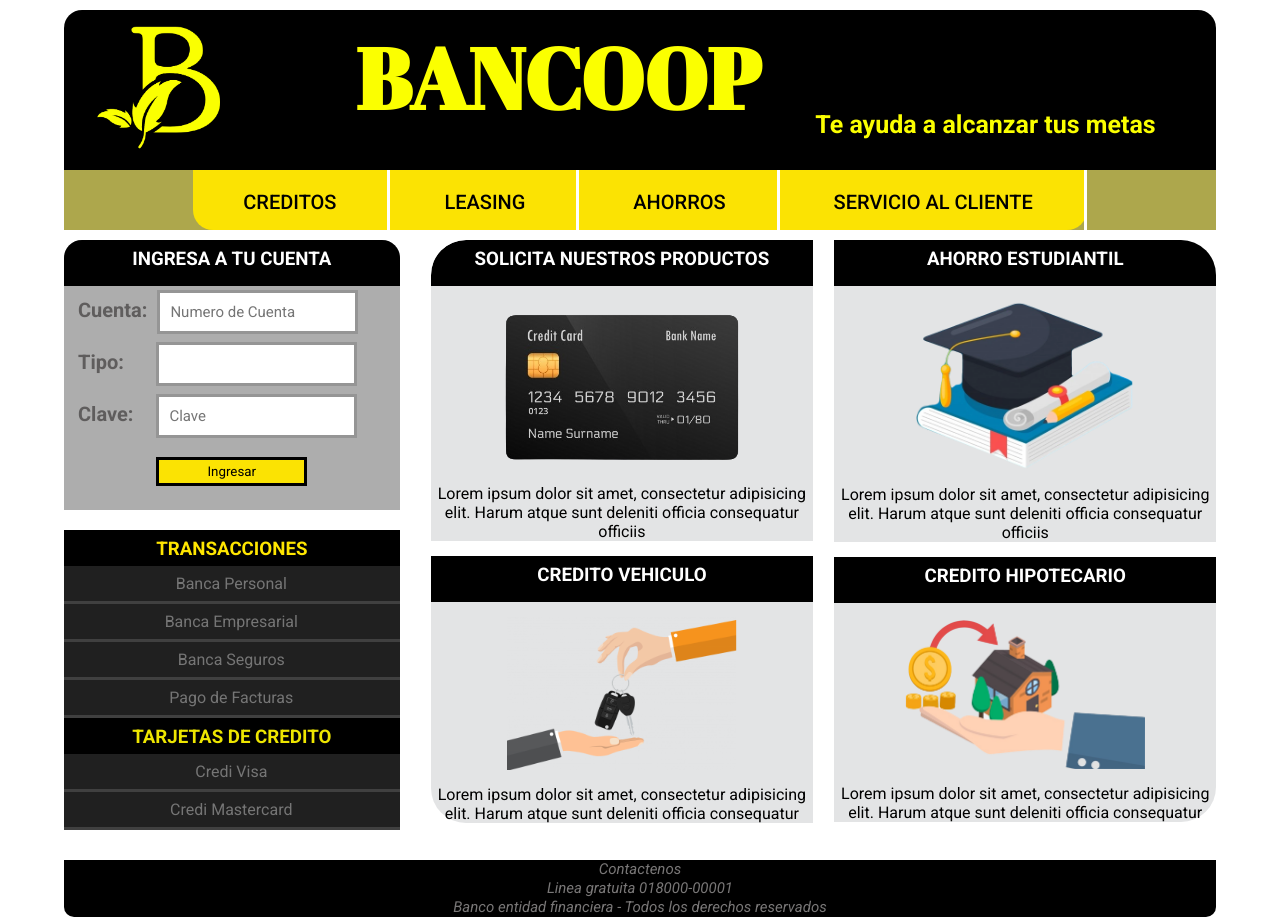
Repository: NickArregoces/BANCOOP
Page: Index.html
The author's editor kept a copy of each file at every save. The page is drawn from the files as they stood at one save, then again after the next save.
The browser window is 1280 px wide. The pictures show the whole page.

Above is the page before, as saved 2021-10-15 10:30:29.

### Index.html
<!DOCTYPE html>
<html lang="en">
<head>
    <meta charset="UTF-8">
    <meta http-equiv="X-UA-Compatible" content="IE=edge">
    <meta name="viewport" content="width=device-width, initial-scale=1.0">
    <title>BANCOOP Home</title>
    <bgsound src="musica.mid"></bgsound>
    <link rel="stylesheet" href="/CSS/Style.css">
    <link href="https://fonts.googleapis.com/css2?family=Roboto:ital,wght@0,100;0,300;0,400;0,500;0,700;0,900;1,100;1,300;1,400;1,500;1,700;1,900&display=swap" rel="stylesheet">
    <link rel="preconnect" href="https://fonts.googleapis.com">
    <link rel="preconnect" href="https://fonts.gstatic.com" crossorigin>
    <link href="https://fonts.googleapis.com/css2?family=Abril+Fatface&display=swap" rel="stylesheet">

</head>
<body>
    <header>
            <div class="image">
                <img src="/Images/logo1.png" alt="logo">
            </div>
            <div class="title" >
                <h1>BANCOOP</h1>
                <h3>Te ayuda a alcanzar tus metas</h3>
            </div>

    </header>

    <nav class="barra"></nav>

            <div class="navegador">
                <ul class="menu">
                    <li><a href="/Creditos.html">Creditos</a></li>
                    <li><a href="/Leasing.html">leasing</a></li>
                    <li><a href="/Ahorros.html">Ahorros</a></li>
                    <li><a href="/Servicio.html">Servicio al cliente</a></li>
                </ul>
            </div>

        <div id="Contenido">
            <div class="section">
                <form action="" class="login">
                    <h3 style="color: rgb(255, 255, 255);">INGRESA A TU CUENTA</h3>
                        <div class="cuenta">
                            <h4>Cuenta:<input type="number" placeholder="Numero de Cuenta" required></h4>
                        </div>

                        <div class="tipo">
                            <h4>Tipo:<input type="text" required></h4>
                        </div>

                        <div class="clave">
                            <h4>Clave:<input type="password" placeholder="Clave" required></h4>
                        </div>

                    <div class="center">
                        <button class="sumbit"> Ingresar </button>
                    </div>

                </form>

                <article class="opciones">
                    <h3 style="color: rgb(255, 230, 0);">TRANSACCIONES</h3>
                    <li><a href="#">Banca Personal</a></li>
                    <li><a href="#">Banca Empresarial</a></li>
                    <li><a href="#">Banca Seguros</a></li>
                    <li><a href="#">Pago de Facturas</a></li>

                    <h3 style="color: rgb(238, 230, 0);">TARJETAS DE CREDITO</h3>
                    <li><a href="#">Credi Visa</a></li>
                    <li><a href="#">Credi Mastercard</a></li>
                </article>
            </div>

            <div id="Cuadros">
                <aside>
                    <div class="solicita">
                        <h3 style="color: rgb(255, 255, 255);">SOLICITA NUESTROS PRODUCTOS</h3>

                        <div id="Prueba">
                        <img id="Prubea" src="/Images/credit.png" alt="">
                        </div>

                        <p>Lorem ipsum dolor sit amet, consectetur adipisicing elit.
                            Harum atque sunt deleniti officia consequatur officiis</p>
                    </div>

                    <div class="ahorro">
                        <h3 style="color: rgb(255, 255, 255);">AHORRO ESTUDIANTIL</h3>

                        <div id="Prueba">
                        <img id="Prubea" src="/Images/Captura de pantalla 2021-10-04 181948.png" alt="">
                        </div>

                        <p>Lorem ipsum dolor sit amet, consectetur adipisicing elit.
                            Harum atque sunt deleniti officia consequatur officiis</p>
                    </div>

                    <div class="credito">
                        <h3 style="color: rgb(255, 255, 255);">CREDITO VEHICULO</h3>

                        <div id="Prueba">
                        <img id="Prubea" src="/Images/Captura de pantalla 2021-10-04 192824.png" alt="">
                        </div>

                        <p>Lorem ipsum dolor sit amet, consectetur adipisicing elit.
                            Harum atque sunt deleniti officia consequatur</p>
                    </div>
                    <div class="hipotecario">
                        <h3 style="color: rgb(255, 255, 255);">CREDITO HIPOTECARIO</h3>

                        <div id="Prueba">
                        <img id="Prubea" src="/Images/Wallpaper(80).jpg" alt="">
                        </div>

                        <p>Lorem ipsum dolor sit amet, consectetur adipisicing elit.
                            Harum atque sunt deleniti officia consequatur </p>
                    </div>
                </aside>
            </div>

            <div>
                <footer>
                        <p>Contactenos</p>
                        <p>Linea gratuita 018000-00001</p>
                        <p>Banco entidad financiera
                        - Todos los derechos reservados</p>
                </footer>
            </div>
        </div>

</body>
</html>

### CSS/Style.css

*{
    margin: 0 auto;
    padding: 0;
    list-style:none;
    font-family: 'Roboto', sans-serif;
}
body{
    font-family: Arial, Helvetica, sans-serif;
    background: rgb(255, 255, 255);
    width: 90%;
    color: rgb(0, 0, 0);
}
header{
    display: flex;
    justify-content: space-around;
    padding: 10px 0px;
    margin-top: 10px;
    background:rgb(0, 0, 0);
    border-top-left-radius:  18px;
    border-top-right-radius:  18px;
    height: 120px;
}
    /*Logo*/
    .image img{
        float: left;
        width: 130px;
        cursor: pointer;
        /*margin-left: 330px;
        margin-top: 5px;*/
    }
    header .title h1{
        width: 400px;
        height: 90px;
        margin-left: 70px;
        font-family: 'Abril Fatface', cursive;
        font-size: 85px;
        text-align: center;
        color: rgb(251, 255, 0);
    }

    header .title h3{
        width: 400px;
        margin-left: 500px;
        font-size: 25px;
        text-align: center;
        color: rgb(251, 255, 0);
    }

nav.barra{
    background: rgb(0, 0, 0);
    height: 20px;
}
div.navegador{
    background: #8d8405b6;

    text-align: center;
    display:flex
}
    ul.menu{
        border-bottom-left-radius: 20px 20px;
        border-bottom-right-radius: 20px 20px;
        background: rgb(251, 227, 3);
        height: 60px;
        list-style: none;
        padding: 0;
        max-width: 10000px;
    }
    .menu a{
        height: 20px;
        font-size: 20px;
        font-weight: 500;
        margin-right: 1px;
        text-transform: uppercase;
        text-decoration: none;
        color:black;
        padding: 20px;
        display: inline-block;
        transition: all 0.3s;
    }
    .menu li {
        border-right: solid white;
        display: inline-block;
        padding: 0px 30px;
        list-style: none;

        }
    .menu a:hover{
        background: #8d8405b6;
        color: white;
        border-radius: 10px;
        padding: 10px 18px;
        }

.section{
    width: 30%;
    float: left;
}
    /*Formulario Login*/
    form{
        background: rgb(173, 173, 173);
        border-top-left-radius: 18px;
        border-top-right-radius: 18px;
        margin-top: 10px;
        margin-right:10px;
        margin-bottom: 10px;
        height: 270px;
    }
        form h3{
            text-align: center;
            background: black;
            height: 30px;
            padding: 8px;
            border-top-left-radius: 18px;
            border-top-right-radius: 18px;
        }
        form h4{
            font-size: 20px;
            padding: 4px;
            margin-left: 10px;
            color: rgb(95, 93, 93);

        }
        form input{
            font-size: 15px;
            width: 55%;
            padding: 10px;
            display: inline;
            border: solid rgb(149, 149, 149);
            margin-left: 10px;
        }
        div.clave input {
            margin-left: 23px;
        }
        div.tipo input {
            margin-left: 32px;
        }
        div.center{
            margin-top: 10px;
            margin: auto;
            text-align: center;
            width: 50%;
            cursor: pointer;
        }
        button{
            margin-top: 15px;
            width: 90%;
            padding: 4px;
            background: rgb(251, 227, 3);
            border: solid black;
            cursor: pointer;
        }
        button:hover{
            background: #000000;
            color: rgb(251, 227, 3);
            border-radius: 8px;
        }
    /*Menu lateral*/
    article {
        height: 300px;
        background: rgb(32, 32, 32);
        margin-top: 20px;
        margin-right:10px;
        margin-bottom: 10px;
    }
        article h3{
            text-align: center;
            padding: 8px;
            height: 20px;
            background: black;
        }
        .opciones li a{
            font-size: 16px;
            margin-right: 1px;
            text-align: center;
            text-decoration: none;
            color:rgb(117, 117, 117);
            padding: 8px;
            display: inline-block;
        }
        .opciones li {
            border-bottom: solid rgba(68, 68, 68, 0.897);
            text-align: center;
            display:inline-flexbox;
            }
        .opciones li a:hover{
            background: #242323b6;
            color: rgb(251, 227, 3);
            padding: 10px;
            }

    /*Servicios*/
aside{
    width: 69%;
    height: 610px;
    margin-top: 10px;
    float: right;
    margin-bottom: 10px;
}
    div.solicita{
        width: 48%;
        float: left;
        border-top-left-radius: 35px;
        margin-left: 10px;
        background: #e3e4e5;
        text-align:center;
        overflow:hidden;
    }
    /*Centrado Imagenes aside*/
    #Prueba{
        display: flex;
        align-items: center;
        justify-content: center;
    }
        div.solicita img {
            width: 250px;
            margin-top: 15px;
            margin-bottom: 15px;
            cursor:pointer;
        }
        /*Efecto Imagenes aside*/
        div aside img:hover{
            -webkit-transform:scale(1.1);
            transform:scale(1.1);
        }
        div.solicita h3{
            text-align: center;
            background: black;
            height: 30px;
            padding: 8px;
            border-top-left-radius: 35px;
        }
        div.solicita p{
            display: inline-block;
            text-align: center;
        }

    div.ahorro {
        width: 48%;
        float: right;
        border-top-right-radius: 35px;
        margin-left: 10px;
        background: #e3e4e5;
    }
        div.ahorro img {
            width: 220px;
            margin-top: 15px;
            margin-bottom: 15px;
            cursor:pointer;
        }
        div.ahorro h3{
            text-align: center;
            background: black;
            height: 30px;
            padding: 8px;
            border-top-right-radius: 35px;
        }
        div.ahorro p{
            display: inline-block;
            text-align: center;
        }

    div.credito {
        width: 48%;
        float: left;
        margin-top: 15px;
        border-bottom-left-radius: 35px;
        margin-left: 10px;
        background: #e3e4e5;
    }
        div.credito img {
            width: 230px;
            margin-top: 15px;
            margin-bottom: 15px;
            cursor:pointer;
        }
        div.credito h3{
            text-align: center;
            background: black;
            height: 30px;
            padding: 8px;
        }
        div.credito p{
            display: inline-block;
            text-align: center;
        }

    div.hipotecario {
        width: 48%;
        float: right;
        border-top-right-radius: 35px;
        border-bottom-right-radius: 35px;
        margin-top: 15px;
        background: #e3e4e5;
        }
            div.hipotecario img {
                width: 240px;
                margin-top: 15px;
                margin-bottom: 15px;
                cursor:pointer;
            }
            div.hipotecario h3{
                text-align: center;
                background: black;
                height: 30px;
                padding: 8px;
            }
            div.hipotecario p{
                display: inline-block;
                text-align: center;
            }

    /*Pie de Pagina*/
footer{
    background: black;
    clear: both;
    border-bottom-left-radius: 10px;
    border-bottom-right-radius: 10px;
}
    footer p{
        font-size: 15px;
        text-align: center;
        line-height: 15px;
        color: rgb(121, 119, 119);
        font-style:italic;
        padding: 2px;
    }

After the next save:
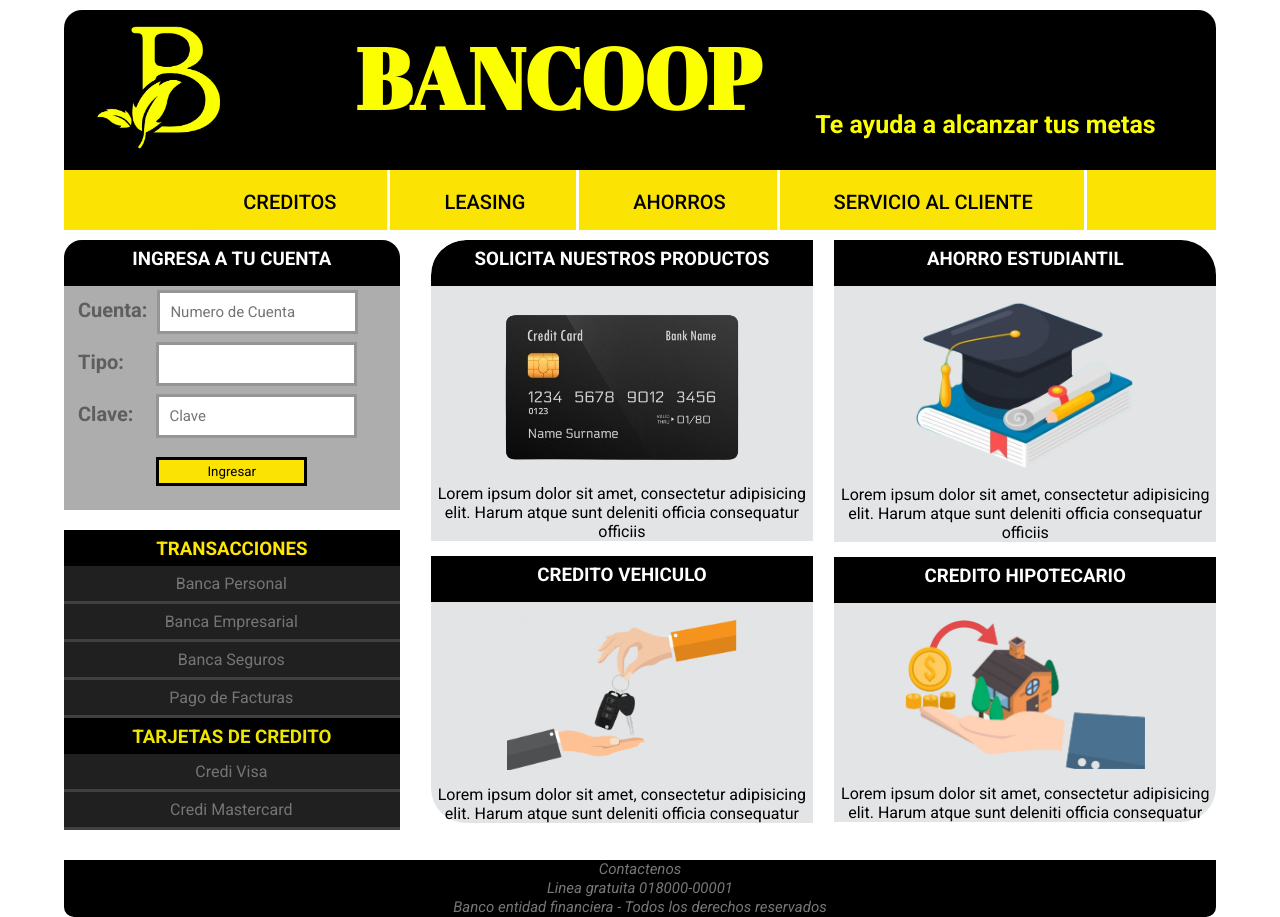
Saved 9 s later.
--- a/CSS/Style.css
+++ b/CSS/Style.css
@@ -52,8 +52,7 @@ nav.barra{
     height: 20px;
 }
 div.navegador{
-    background: #8d8405b6;
-
+    background: rgb(251, 227, 3);
     text-align: center;
     display:flex
 }
